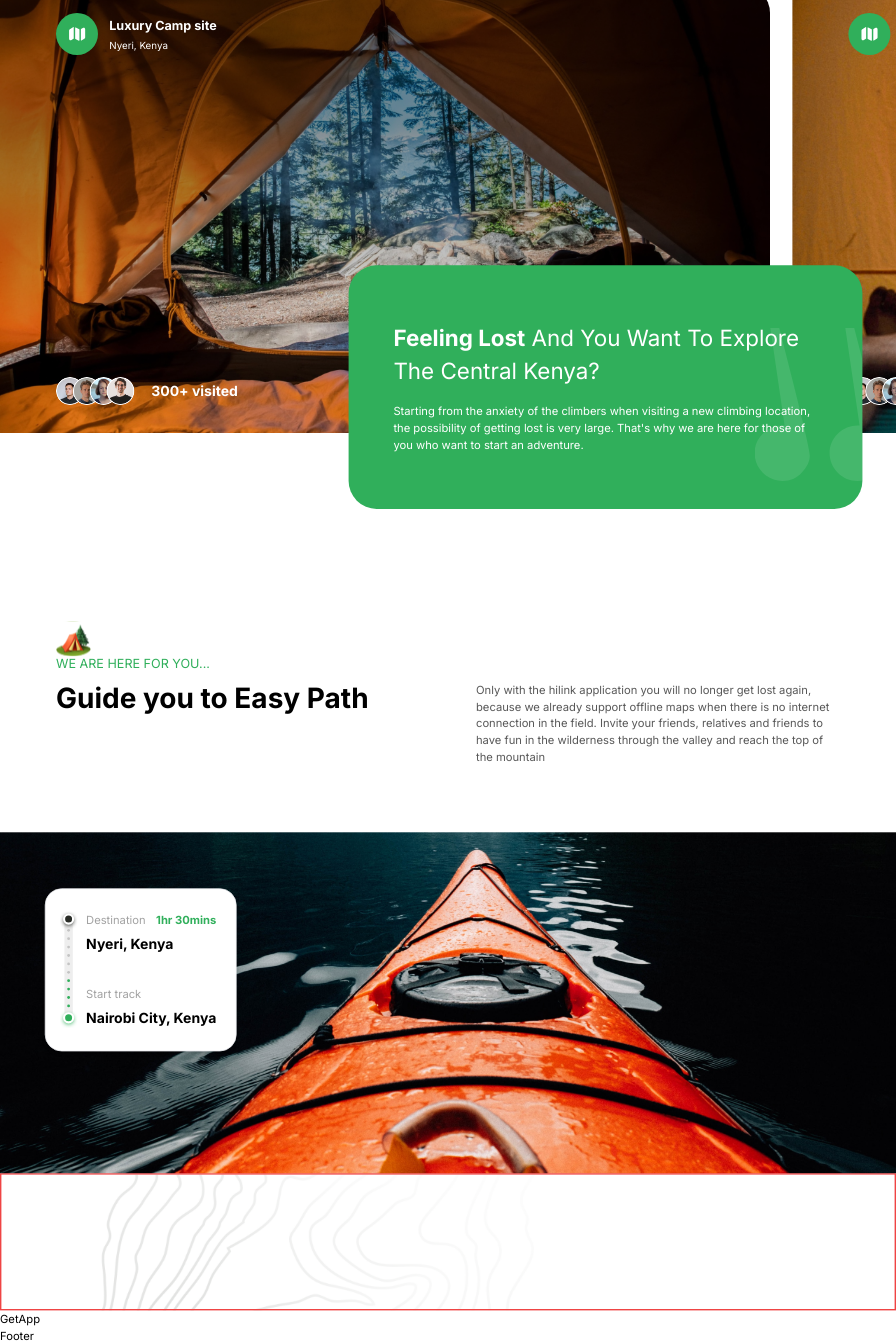
Repository: martin-raphael/travel_agency
Page: /
The author's editor kept a copy of each file at every save. The page is drawn from the files as they stood at one save, then again after the next save.
The browser window is 1280 px wide. The pictures show the part of the page from y = 940 to 2860 px (the page is 2860 px tall), at 70% of full size.
The project was rebuilt for these pictures with package versions that can differ from the ones it lists, and the page was loaded fresh each time. The framework's server and built-in components were replaced by stand-ins that run in the browser. Also part of the build but not shown: next.config.mjs.

Above is the page before, as saved 2024-08-09 00:41:46.

After the next save:
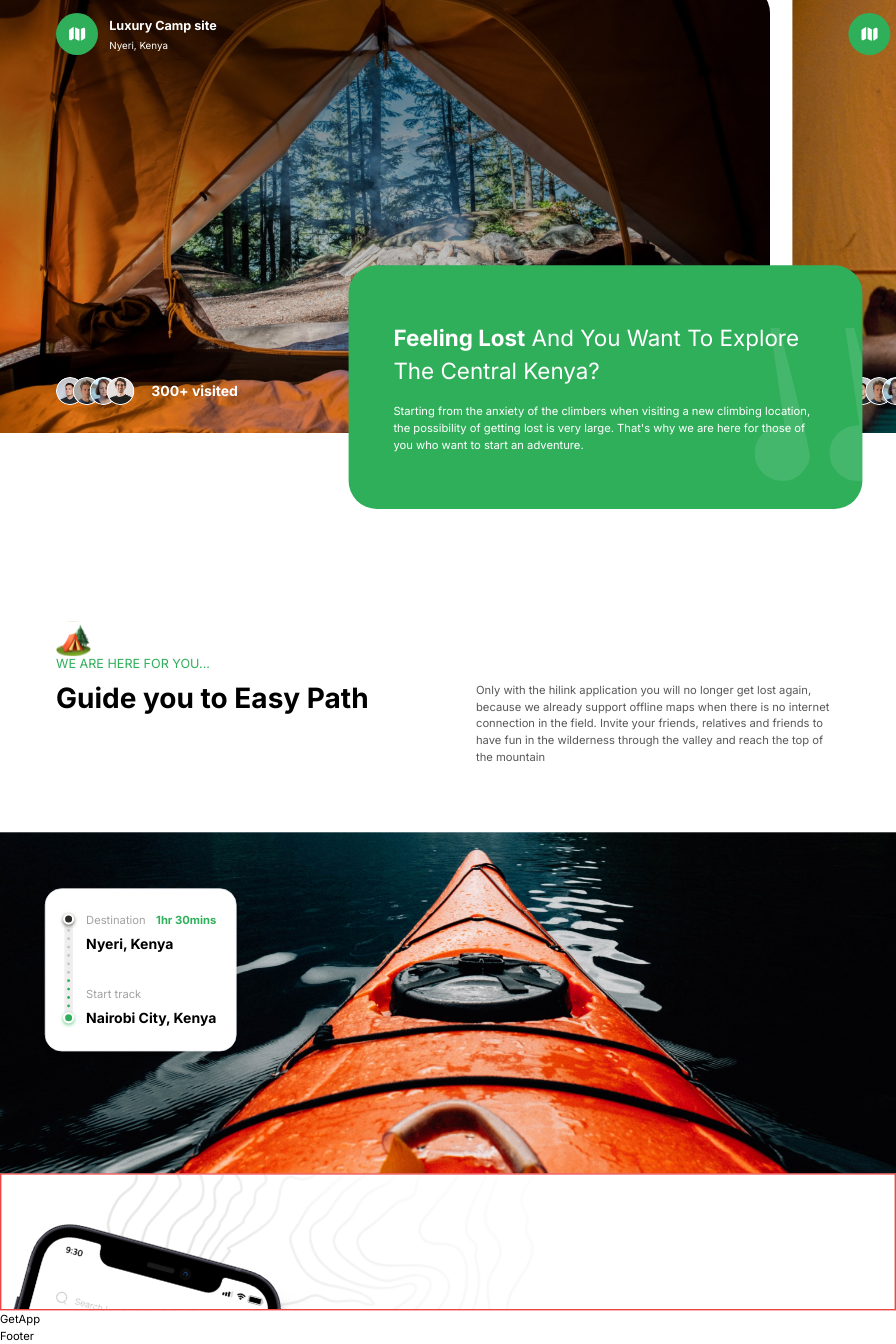
Saved 7 min 20 s later.
--- a/components/Features.tsx
+++ b/components/Features.tsx
@@ -1,12 +1,24 @@
-import React from 'react'
+import Image from "next/image";
+import React from "react";
 
 const Features = () => {
   return (
-    <section className='border-2 border-red-500 flex-col flexCenter overflow-hidden bg-feature-bg
-    bg-center bg-no-repeat py-24'>
+    <section
+      className="border-2 border-red-500 flex-col flexCenter overflow-hidden bg-feature-bg
+    bg-center bg-no-repeat py-24"
+    >
+      <div className="max-container padding-container relative w-full justify-end">
+        <div>
+          <Image
+          className="feature-phone"
+          src="/phone.png"
+          alt="phone"
+          width={440}
+          height={1000}/>
+        </div>
+      </div>
+    </section>
+  );
+};
 
-    </section>
-  )
-}
-
-export default Features
+export default Features;
